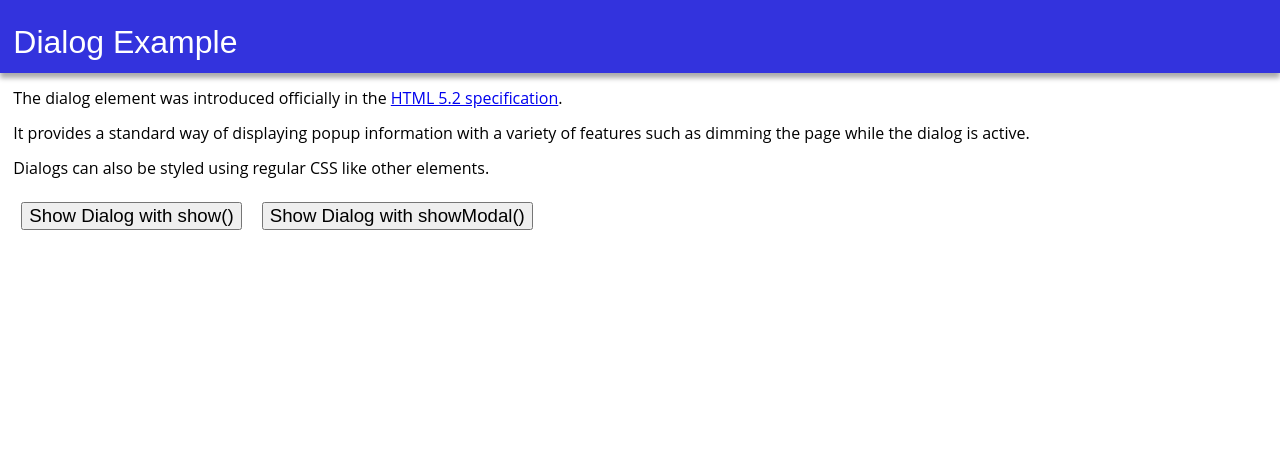
Repository: craig-o-curtis/browser-apis
Page: pages/dialog.html
These files come from the project's save history. The page is drawn as it stood at one moment and after the next save; the edit follows.
The browser window is 1280 px wide. The pictures show the whole page.
After loading, the first visible `#show1` was clicked once.

Above is the page before, as saved 2020-05-16 19:42:33.

### pages/dialog.html
<!doctype html>
<html>
    <head>
        <title>Dialog Example</title>
        <style type="text/css">
            /* Define a CSS style for the dialog */
            dialog {
                background-color: lightgray;
                padding: 0;
                border: 0;
                border-radius: 0.5rem;
                box-shadow: 0 0 15px black;
            }

            /* Style the dialog content */
            dialog>h1 {
                text-align: center;
                background-color: darkblue;
                color: white;
                border-top-left-radius: 0.5rem;
                border-top-right-radius: 0.5rem;
                margin: 0;
                padding: 12pt;
                font-family: Arial, Helvetica, sans-serif;
                font-size: 14pt;
            }

            dialog>#dlgcontent {
                margin: 5pt;
            }

            /* Create a CSS style for the dialog backdrop */
            dialog::backdrop {
                background-color: rgba(0, 0, 0, 0.75);
            }

        </style>
        <link rel="stylesheet" href="./style.css" />
    </head>
    <body>
        <h1>Dialog Example</h1>
        <div id="content">
            <p>The dialog element was introduced officially in the <a href="https://www.w3.org/TR/html52/interactive-elements.html#the-dialog-element">HTML
                    5.2 specification</a>.</p>
            <p>It provides a standard way of displaying popup information with a variety of features such as dimming
                the page while the dialog is active.</p>
            <p>Dialogs can also be styled using regular CSS like other elements.</p>
            <button id="show1">Show Dialog with show()</button>
            <button id="show2">Show Dialog with showModal()</button>
        </div>
        <!-- Define the dialog and its content-->
        <dialog id="dialog1">
            <h1>This is a dialog</h1>
            <div id="dlgcontent">
                <p>It has content styled like any other HTML element.</p>
                <button id="okBtn">OK</button>
                <button id="cancelBtn">Cancel</button>
            </div>
        </dialog>

        <script>
            window.addEventListener("load", function () {
                // event handlers to show the dialog as non-modal and modal
                document.getElementById("show1").addEventListener("click", function () {
                    // Show the dialog using the non-modal API

                })
                document.getElementById("show2").addEventListener("click", function () {
                    // Show the dialog using the modal API

                })

                // add event listeners for the OK and Cancel buttons
                document.getElementById("okBtn").addEventListener("click", function () {
                    dlg = document.getElementById("dialog1");
                    // Check to see if the dialog is in fact open, if so then close it with "OK"

                })
                document.getElementById("cancelBtn").addEventListener("click", function () {
                    dlg = document.getElementById("dialog1");
                    // Check to see if the dialog is in fact open, if so then close it with "Cancel"

                })

                // event listeners for the dialog itself - close and cancel
                dlg = document.getElementById("dialog1");
                dlg.addEventListener("close", function (evt) {
                    console.log("Dialog closed: ", dlg.returnValue)
                });
                dlg.addEventListener("cancel", function (evt) {
                    console.log("Dialog canceled: ", dlg.returnValue)
                });
            })
        </script>
    </body>
</html>

### pages/style.css
/*
** Styles used in the jQuery Essential Training course materials
*/
body {
    font-family: "Open Sans", sans-serif;
    font-size: 12pt;
    margin: 0;
    line-height: 1.2em;
}

body > h1 {
    background-color: #33d;
    color: white;
    font-family: Arial, Helvetica, sans-serif;
    font-weight: 100;
    margin:0;
    padding-left: 10pt;
    padding-right: 10pt;
    padding-top:25pt;
    padding-bottom: 15pt;
    box-shadow: 0px 5px 5px 0px rgba(171,171,171,1);
}

#content {
    margin: 10pt;
}

#example {
    border: 1px solid gray;
    background-color: #b3c8d0;
    font-size:14pt;
    padding-left: 10pt;
    padding-right: 10pt;
    min-height: 200px;
}

.box {
    border: 1px solid gray;
    background-color: #b3c8d0;
    font-size:14pt;
    padding-left: 10pt;
    padding-right: 10pt;
    min-height: 200px;
    width: 300px;
}

.box p {
    margin: 0 1pt 0 2pt
}

.smallbox {
    border: 1px solid gray;
    background-color: #b3c8d0;
    font-size:14pt;
    padding-left: 10pt;
    padding-right: 10pt;
    margin-bottom: 10pt;
    margin-right: 0;
    margin-left: 0;
    min-height: 150px;
    width: 200px;
}

.inline {
    display: inline-block;
}

code {
    background-color: #e8e8e8;
    border: 1px solid #a8a8a8;
    border-radius: 3px;
    padding: 1pt 2pt;
    margin: 2pt;
    font-family: "source-code-pro", Consolas, monospace;
    font-size: .9em;
}

li {
    line-height: 1.3em;
}

button {
    font-size: 14pt;
    margin: 8px;
}

#eventDetails {
    border: 1px solid #aaa;
    margin-top: 8pt;
    padding: 2pt;
}

.lineitem {
    width: 120px;
    display: inline-block
}


canvas {
    border: 2px solid gray;
    margin-left: 5pt;
    margin-right: 5pt;
}

After the next save:
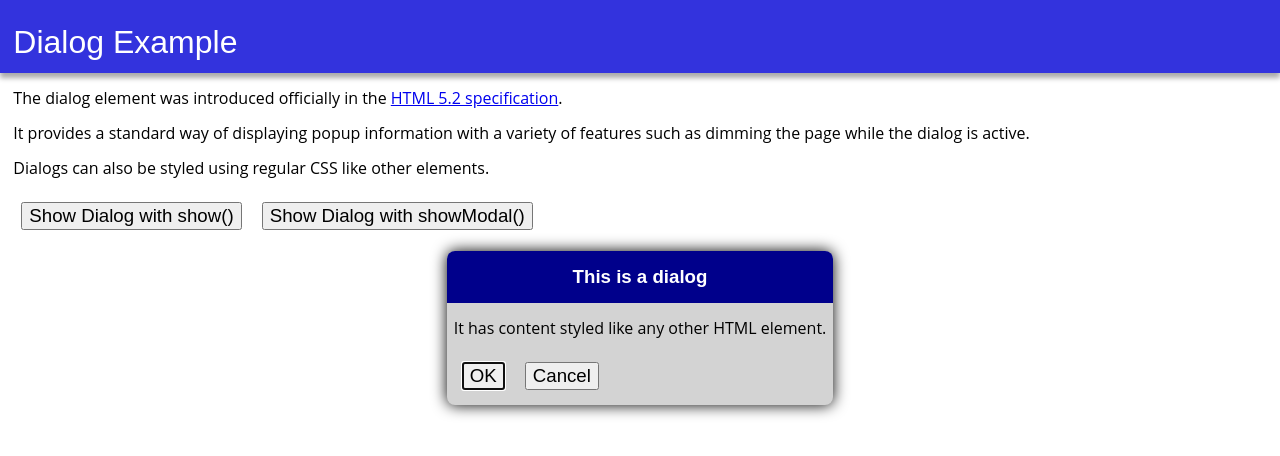
Saved 52 s later.
--- a/pages/dialog.html
+++ b/pages/dialog.html
@@ -59,24 +59,24 @@
         </dialog>
 
         <script>
-            window.addEventListener("load", function () {
+            window.addEventListener("load", () => {
                 // event handlers to show the dialog as non-modal and modal
-                document.getElementById("show1").addEventListener("click", function () {
+                document.getElementById("show1").addEventListener("click", () => {
                     // Show the dialog using the non-modal API
-
+                    document.getElementById("dialog1").show();
                 })
-                document.getElementById("show2").addEventListener("click", function () {
+                document.getElementById("show2").addEventListener("click", () => {
                     // Show the dialog using the modal API
 
                 })
 
                 // add event listeners for the OK and Cancel buttons
-                document.getElementById("okBtn").addEventListener("click", function () {
+                document.getElementById("okBtn").addEventListener("click", () => {
                     dlg = document.getElementById("dialog1");
                     // Check to see if the dialog is in fact open, if so then close it with "OK"
 
                 })
-                document.getElementById("cancelBtn").addEventListener("click", function () {
+                document.getElementById("cancelBtn").addEventListener("click", () => {
                     dlg = document.getElementById("dialog1");
                     // Check to see if the dialog is in fact open, if so then close it with "Cancel"
 
